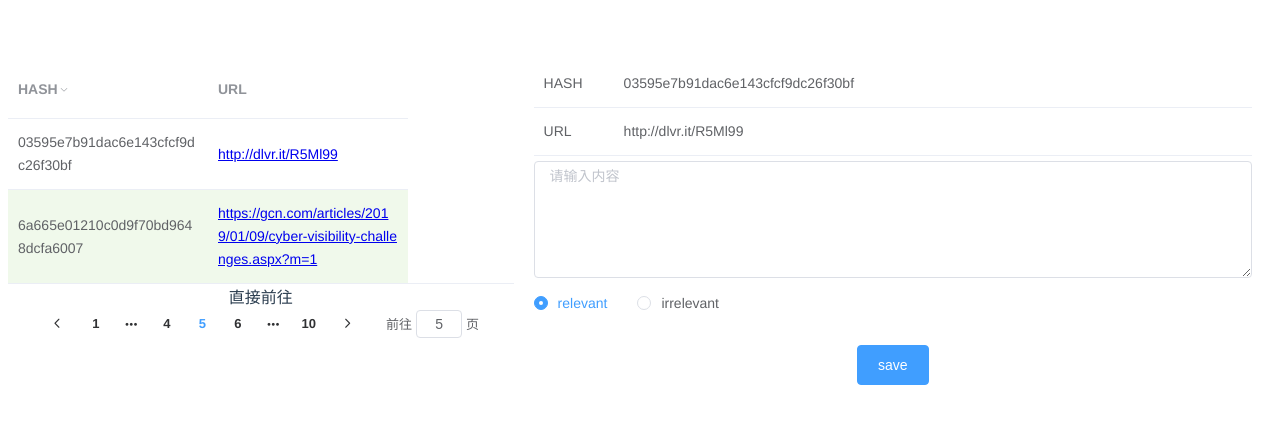
Repository: NicoleGX/TI
Page: /
An editor plug-in stored every save of this project. The page is shown before and after the next save, followed by the edit.
The browser window is 1280 px wide. The pictures show the whole page.
The page's requests for data from a server got no answer. The project was rebuilt for these pictures with package versions that can differ from the ones it lists, and the page was loaded fresh each time. No one was signed in, and anything a server would have sent is missing.

Above is the page before, as saved 2019-05-29 14:54:40.

After the next save:
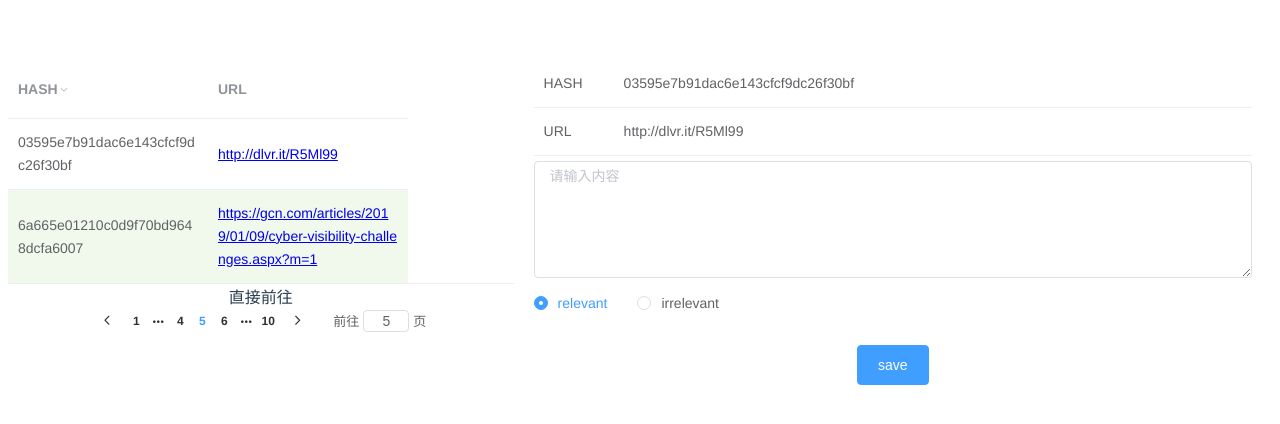
Saved 33 s later.
--- a/src/views/TextClassification.vue
+++ b/src/views/TextClassification.vue
@@ -33,7 +33,8 @@
           :page-size="100"
           layout="prev, pager, next, jumper"
           :total="1000"
-          :pager-count="5">
+          :pager-count="5"
+          :small='true'>
         </el-pagination>
       </div>
     </el-aside>
